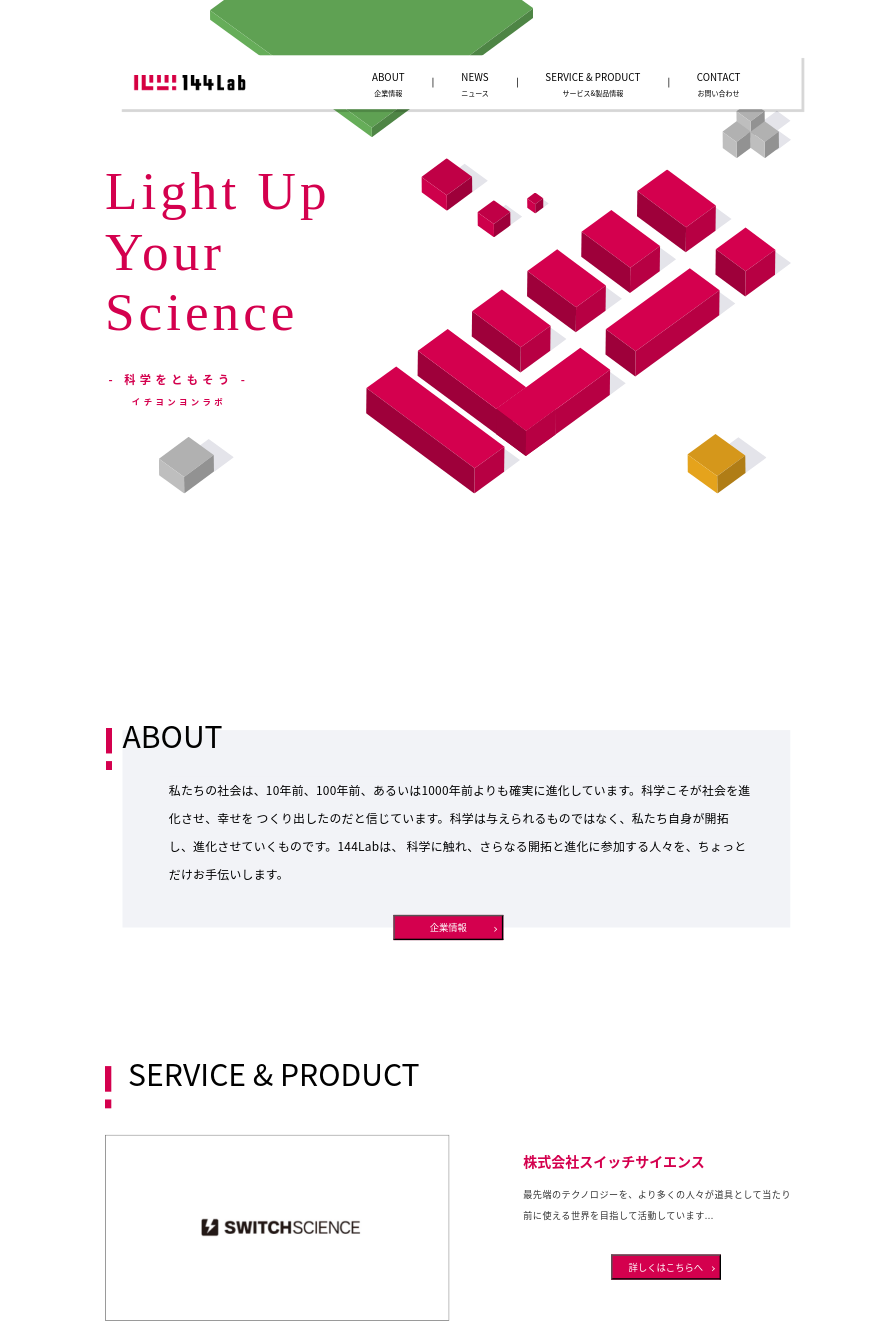
Repository: ppmp556/light-up-git
Page: index.html
An editor plug-in stored every save of this project. The page is shown before and after the next save, followed by the edit.
The browser window is 1280 px wide. The pictures show the part of the page from y = 0 to 1920 px (the page is 3966 px tall), at 70% of full size.

Above is the page before, as saved 2019-12-26 21:18:17.

After the next save:
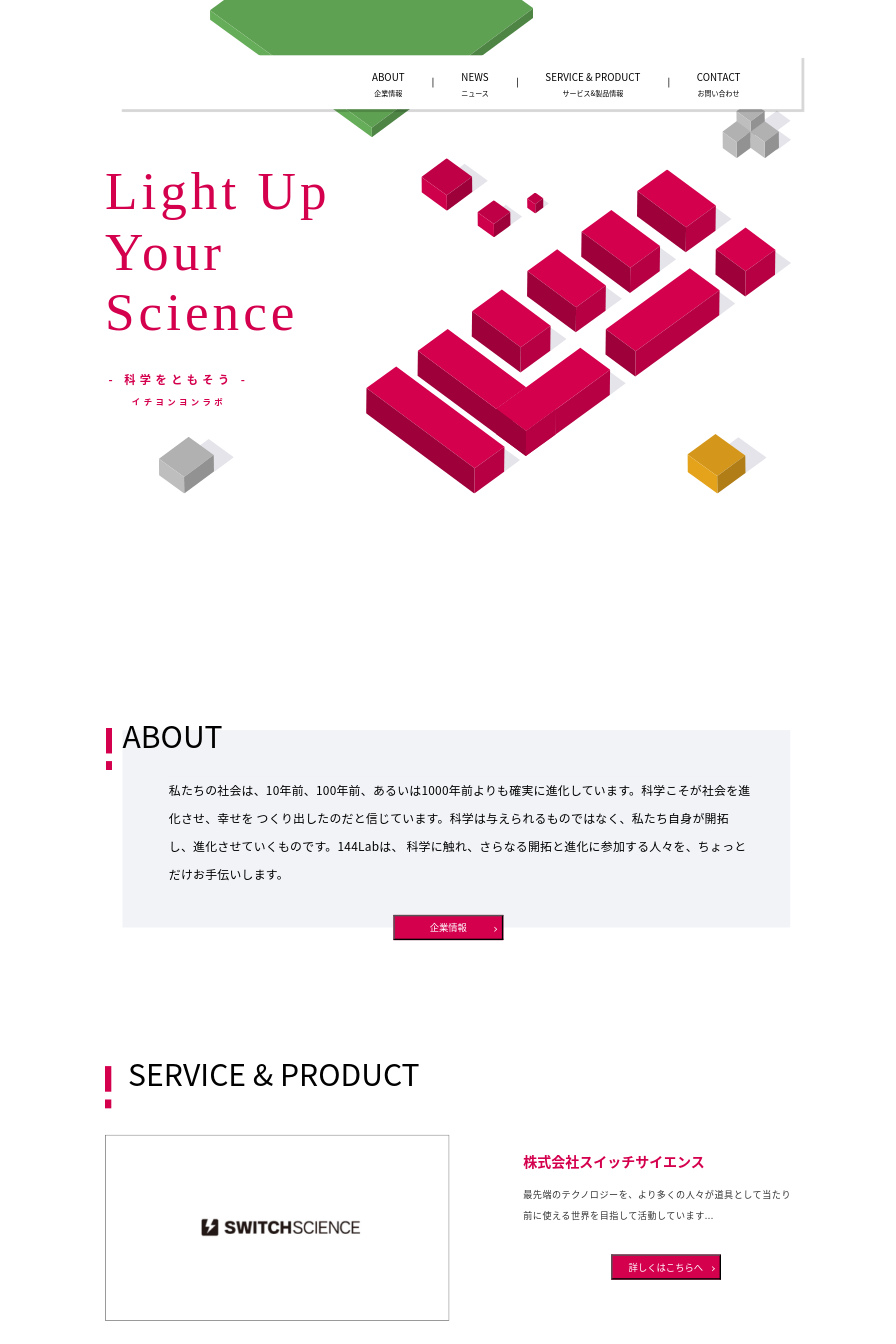
Saved 2 min 50 s later.
--- a/main.css/main.css
+++ b/main.css/main.css
@@ -174,7 +174,7 @@
     margin: 0;
     top: 80px;
     left: 37px;
-    z-index: 2;
+
 }
 
 .nav-itembox { /*ナビメニュー*/
